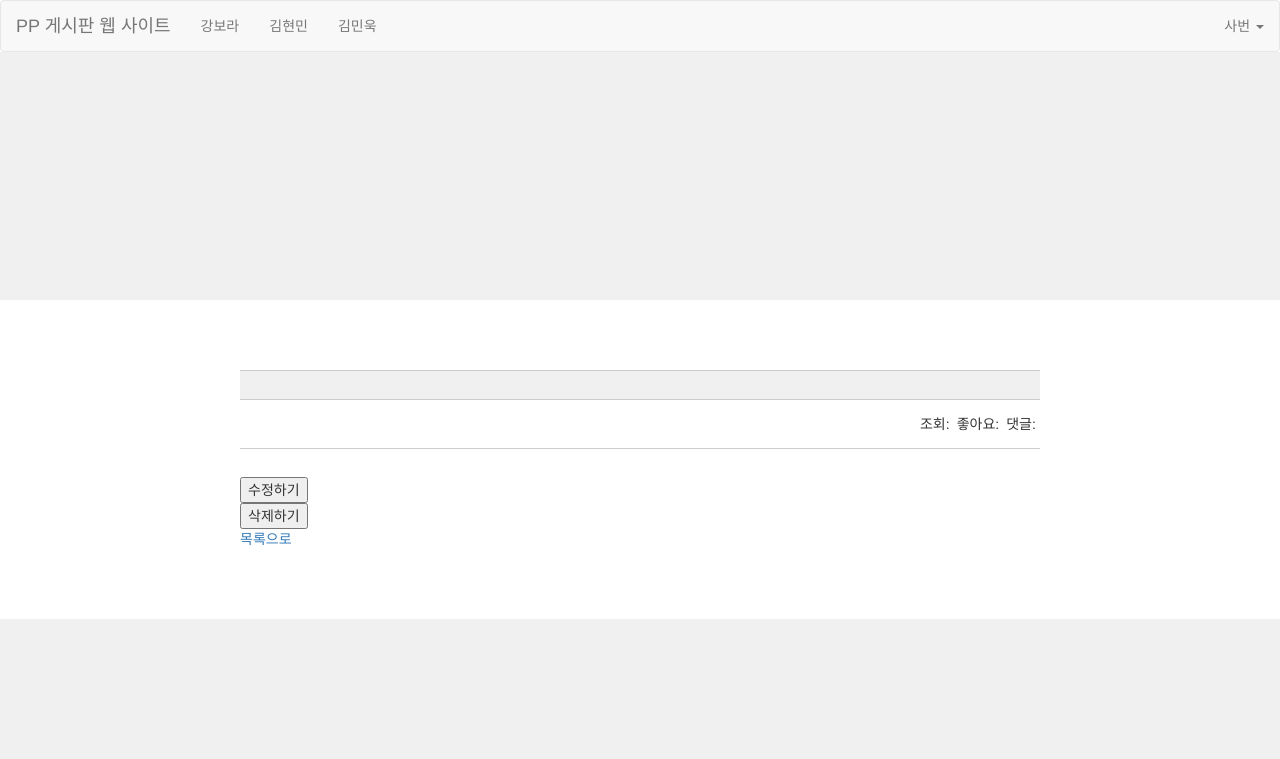
Repository: hyunminini/CommunityPage
Page: http://localhost/PP_Project/boardRead.jsp
An editor plug-in stored every save of this project. The page is shown before and after the next save, followed by the edit.
The browser window is 1280 px wide. The pictures show the whole page.
Some web libraries are served in a nearby version. The page is served by Tomcat 9.

Above is the page before, as saved 2022-09-28 10:57:09.

After the next save:
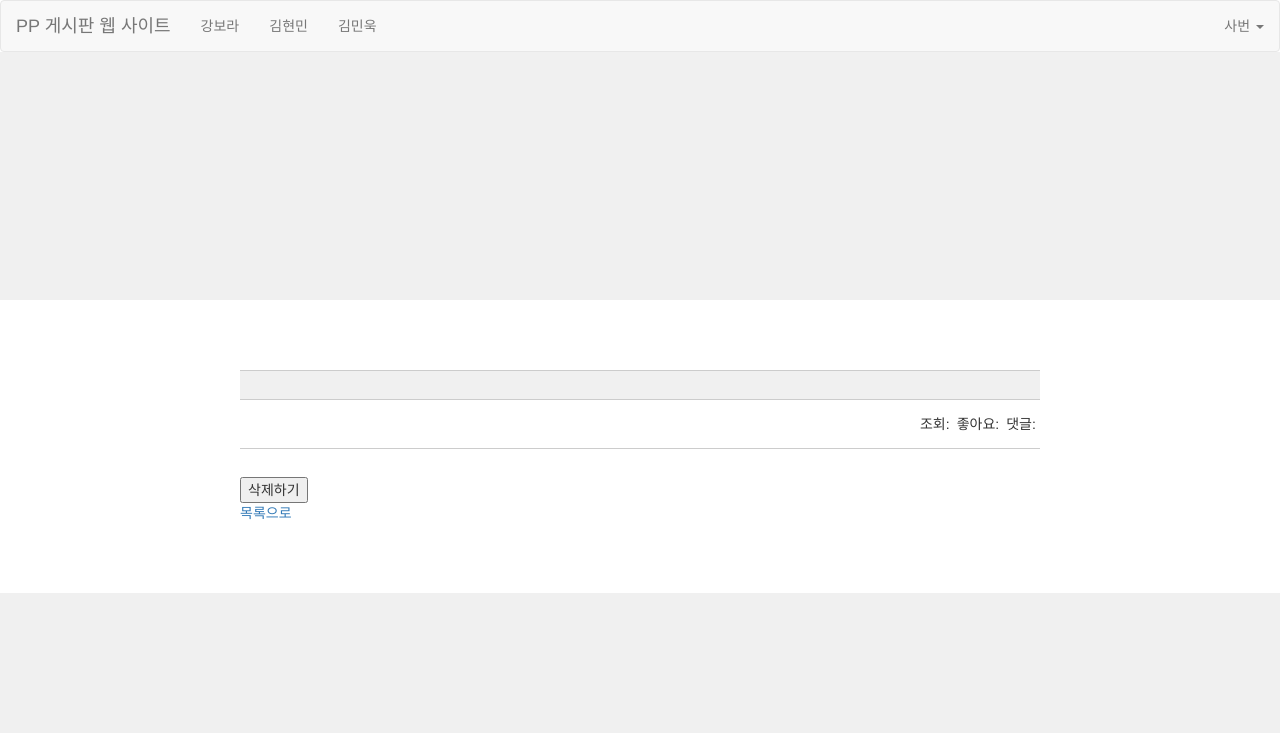
Saved 26 s later.
--- a/PP_Project/WebContent/boardRead.jsp
+++ b/PP_Project/WebContent/boardRead.jsp
@@ -126,11 +126,9 @@ function sendUpdate(){
 				<c:when test="${sessionScope.empno == 1001}">
 					<input type=button value="수정하기" onClick="sendUpdate()">
 				</c:when>
-				<c:when test="${sessionScope.empno == sessionScope.empno}">
-					<input type=button value="수정하기" onClick="sendUpdate()">
-				</c:when>
+
 				<c:otherwise>
-					<input type=button value="넌 수정못해">
+
 				</c:otherwise>
 			</c:choose>
 
